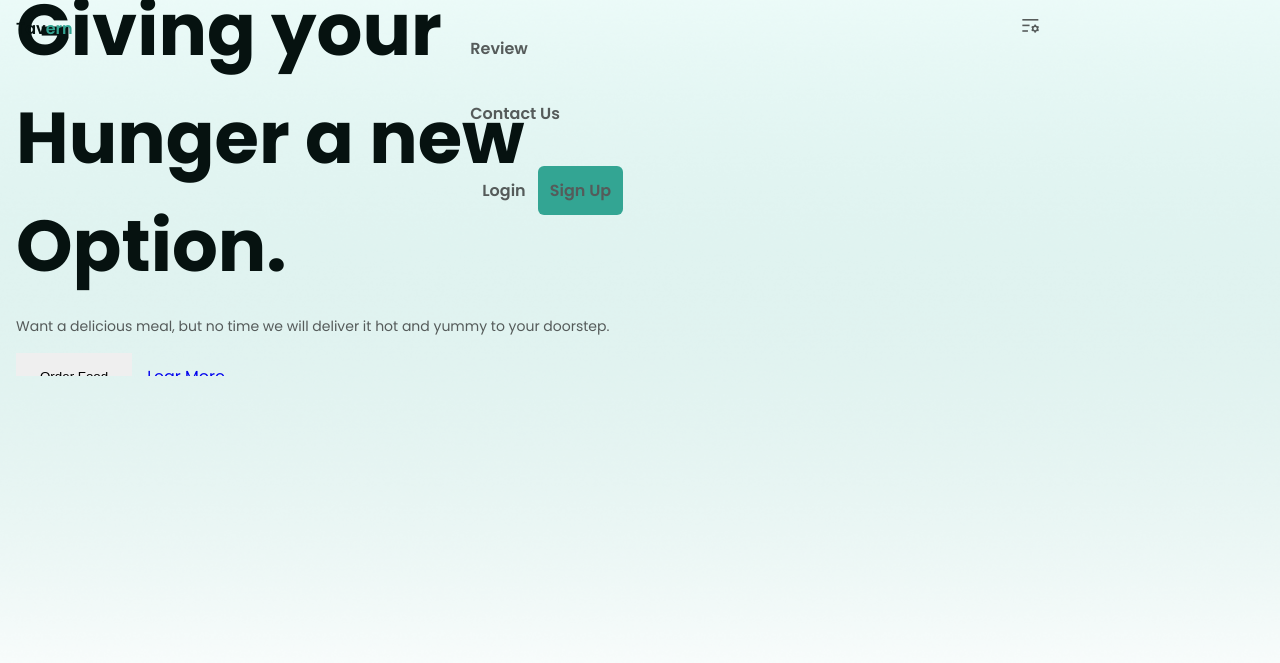
Repository: haokiet2501/tavern-restaurant-landing-page
Page: index.html
The author's editor kept a copy of each file at every save. The page is drawn from the files as they stood at one save, then again after a run of saves.
The browser window is 1280 px wide. The pictures show the whole page.
The style sheet was rebuilt from its Sass, Less or Tailwind sources for each picture, by a compiler version that may differ from the author's.

Above is the page before, as saved 2022-07-01 16:18:52.

After the next 3 saves:
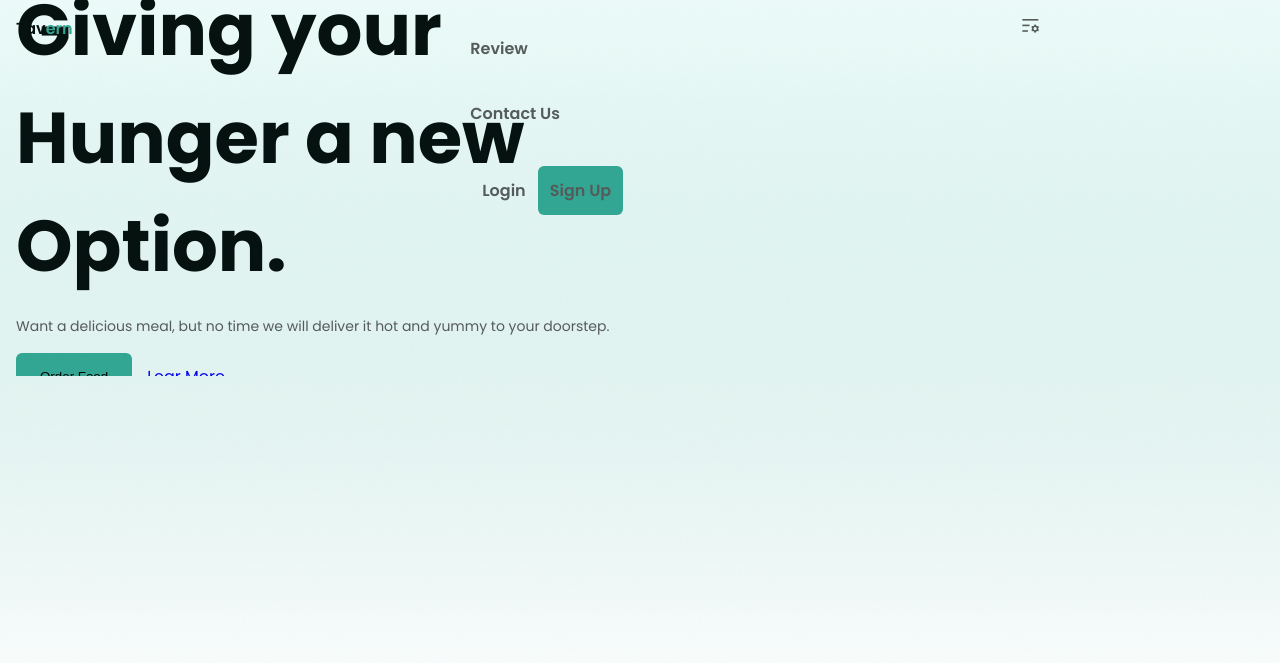
The 3 saves are shown as one change because they came seconds apart.
The last was saved 17 s later.
--- a/sass/main/_main.scss
+++ b/sass/main/_main.scss
@@ -130,6 +130,8 @@
     &__order {
         &-btn {
             padding: var(--mb-1) var(--mb-1-5);
+            background-color: var(--green-color);
+            border-radius: 6px;
         }
     }
 }
